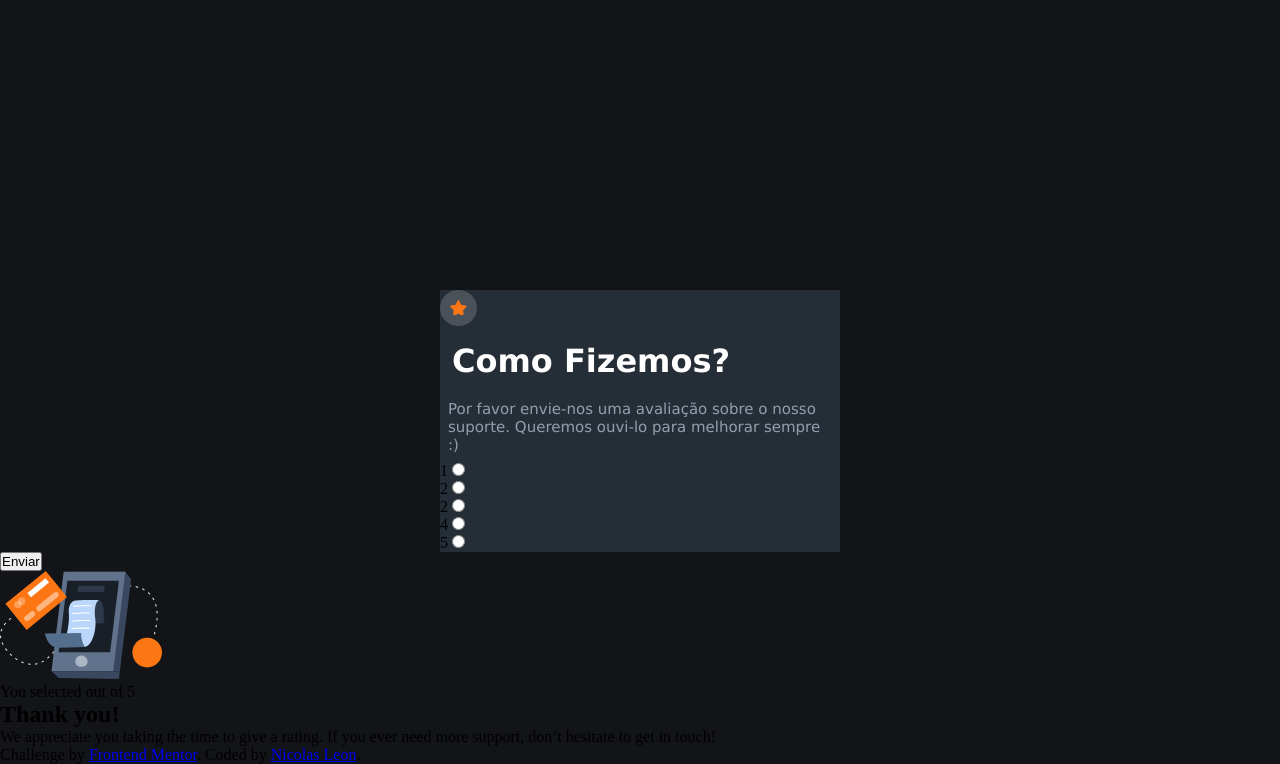
Repository: Leonngc/projeto-avaliacao
Page: index.html
These files come from the project's save history. The page is drawn as it stood at one moment and after a run of saves; the edit follows.
The browser window is 1280 px wide. The pictures show the whole page.

Above is the page before, as saved 2023-01-29 20:31:40.
Console error: SyntaxError: Unexpected token ')'

### index.html
<!DOCTYPE html>
<html lang="pt-br">

<head>
  <meta charset="UTF-8">
  <meta name="viewport" content="width=device-width, initial-scale=1.0">
  <!-- displays site properly based on user's device -->

  <link rel="icon" type="image/png" sizes="32x32" href="./images/favicon-32x32.png">
  <script src="js/index.js" defer></script>

  <title>Frontend Mentor | Interactive rating component</title>

  <link rel="stylesheet" href="styles/style.css">
</head>

<body>

  <!-- Rating state start -->
  <div id="card">
    <img src="images/icon-star.svg" alt="" id="icon">
    <div id="mensage">
      <h1>Como Fizemos?</h1>
      <p>Por favor envie-nos uma avaliação sobre o nosso suporte. Queremos ouvi-lo para melhorar sempre :)</p>
    </div>
    <form id="ratting">
      <div>
        <label for="ratting-one">1</label> <input type="radio" class="ratting-btn" id="ratting-one" name="ratting">
      </div>
      <div>
        <label for="ratting-two">2</label> <input type="radio" class="ratting-btn" id="ratting-two" name="ratting">
      </div>
      <div>
        <label for="ratting-three">2</label> <input type="radio" class="ratting-btn" id="ratting-three" name="ratting">
      </div>
      <div>
        <label for="ratting-four">4</label> <input type="radio" class="ratting-btn" id="ratting-four" name="ratting">
      </div>
      <div>
        <label for="ratting-five">5</label> <input type="radio" class="ratting-btn" id="ratting-five" name="ratting">
      </div>
    </div>
      <input type="submit" value="Enviar" onclick="sent()" id="">
  </form>

  <!-- Rating state end -->

  <!-- Thank you state start -->

  <section id="result-avaliation" class="avaliation-form">
    <div id="thank-image">
      <img src="images/illustration-thank-you.svg" alt="">
    </div>


    <p id="avaliation-user">You selected <!--ratting result --> out of 5</p>
    <h1>Thank you!</h1>
    <p id="thanks-mensage">
      We appreciate you taking the time to give a rating. If you ever need more support,
      don’t hesitate to get in touch!
    </p>
  </section>

  <!-- Thank you state end -->


  <footer class="attribution">
    Challenge by <a href="https://www.frontendmentor.io?ref=challenge" target="_blank">Frontend Mentor</a>.
    Coded by <a href="#">Nicolas Leon</a>.
  </footer>
</body>

</html>

### js/index.js
switch () {
    case value:

        break;

    default:
        break;
}

### styles/style.css
:root {
  --very-dark-blue: hsl(216, 12%, 8%);
  --dark-blue: hsl(213, 19%, 18%);
  --medium-grey: hsl(216, 12%, 54%);
  --light-grey: hsl(217, 12%, 63%);
}

* {
  margin: 0;
  padding: 0;
  box-sizing: border-box;
}

body{
  background-color: var(--very-dark-blue);
}

#card{
  background-color: var(--dark-blue);
  width: 400px;
  height: ;
  margin: auto;
  margin-top: 290px;
}

.ratting{
  background-color: var(--dark-blue);
  margin: auto;
  margin-top: 190px;
  width: 470px;
  height: 400px;
  padding: 40px;
  border-radius: 30px;
}

#icon{
  background-color: rgba(211, 211, 211, 0.218);
  padding: 10px;
  border-radius: 50%;
}

#mensage > h1{
  font-family: 'Lucida Sans', 'Lucida Sans Regular', 'Lucida Grande', 'Lucida Sans Unicode', Geneva, Verdana, sans-serif;
  color: white;
  padding: 12px;
}

#mensage > p{
  padding: 8px;
  font-size: 15px;
  font-family: Verdana, Geneva, Tahoma, sans-serif;
  color: var(--light-grey);
}

After the next 2 saves:
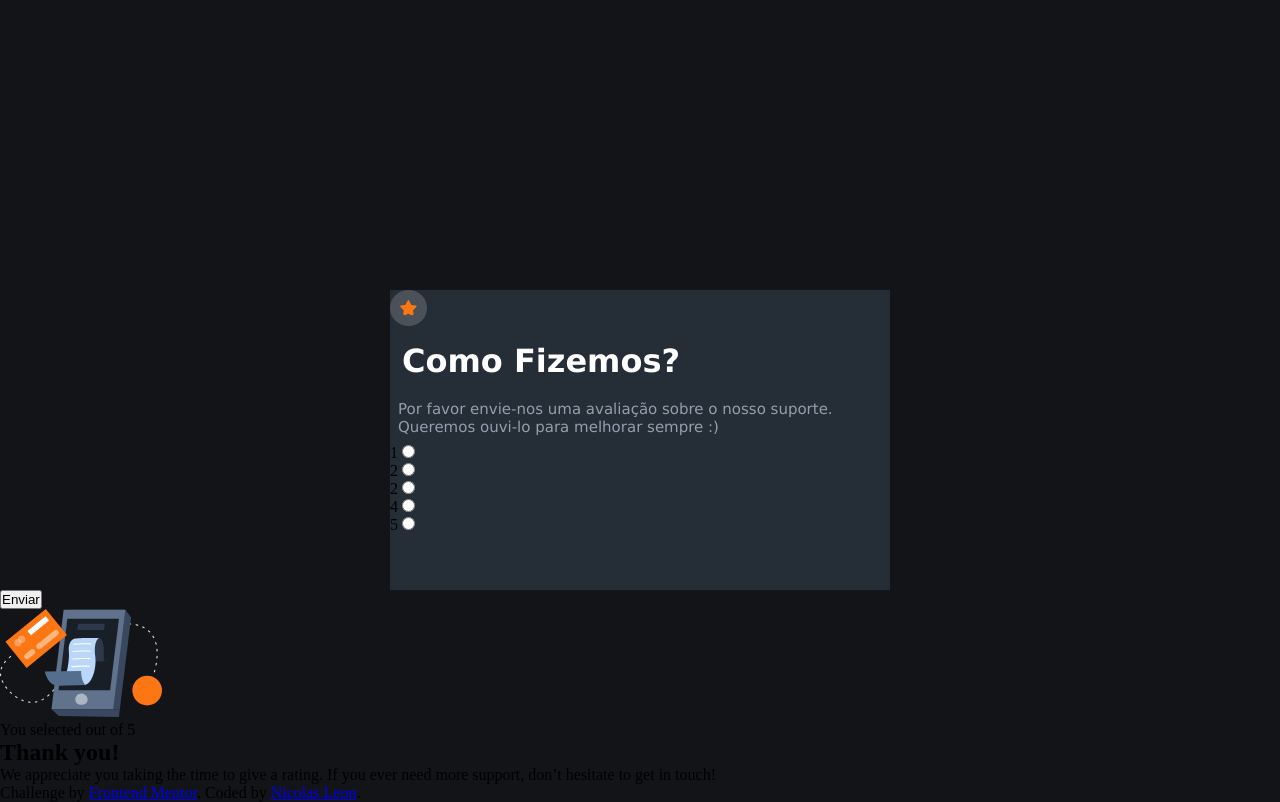
The 2 saves are shown as one change because they came seconds apart.
The last was saved 9 s later.
--- a/styles/style.css
+++ b/styles/style.css
@@ -17,8 +17,8 @@ body{
 
 #card{
   background-color: var(--dark-blue);
-  width: 400px;
-  height: ;
+  width: 500px;
+  height: 300px;
   margin: auto;
   margin-top: 290px;
 }
